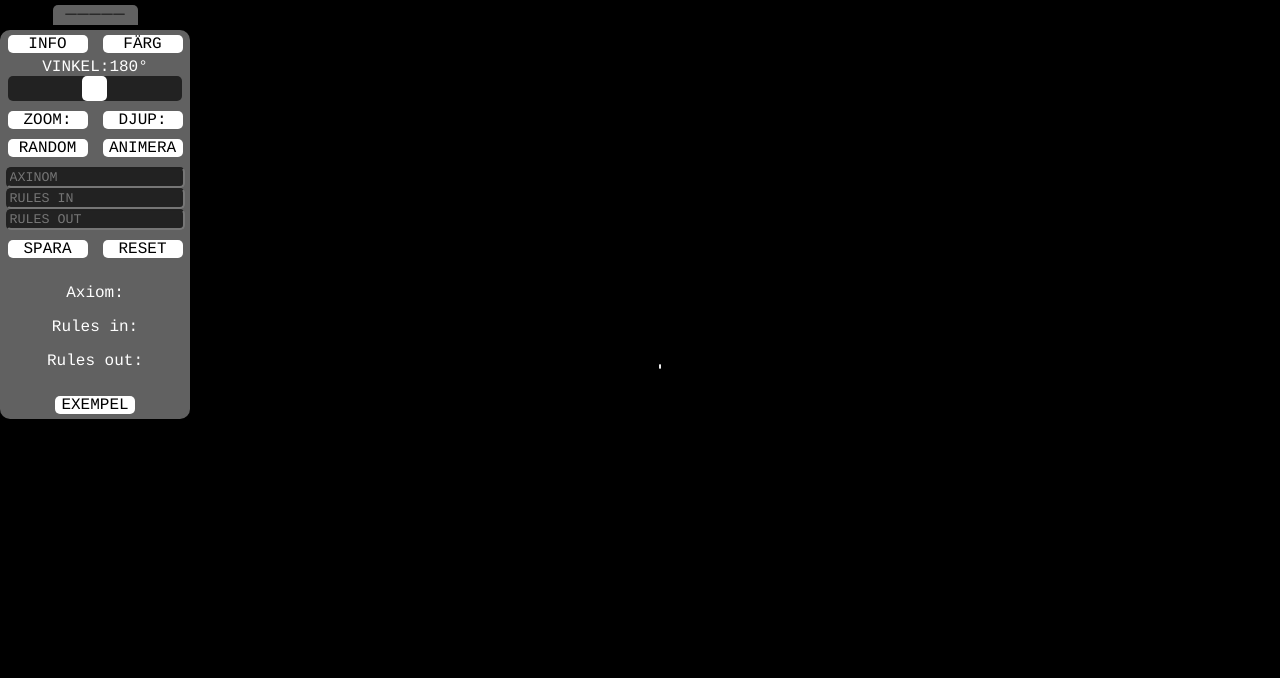
Repository: Gabrielw123/Fraktalgenerator
Page: fraktaler/test/index.html
The author's editor kept a copy of each file at every save. The page is drawn from the files as they stood at one save, then again after a run of saves.
The browser window is 1280 px wide. The pictures show the whole page.
Some web libraries are served in a nearby version.

Above is the page before, as saved 2022-01-13 14:01:22.

### fraktaler/test/index.html
<!DOCTYPE html>
<html lang="en">
  <head>
    <meta charset="UTF-8" />
    <meta http-equiv="X-UA-Compatible" content="IE=edge" />
    <meta name="viewport" content="width=device-width, initial-scale=1.0" />
    <link rel="stylesheet" href="style.css" />
    <title>Fraktal Generator</title>
    <script src="https://cdn.jsdelivr.net/npm/p5@1.0.0/lib/p5.js"></script>
    <!--fading-->
    <script
      src="http://ajax.googleapis.com/ajax/libs/jquery/1.7.1/jquery.min.js"
      type="text/javascript"
    ></script>
  </head>
  <body>
    <!--Skapa en canvas-->
    <canvas id="canvas"></canvas>

    <div class="kontroller">
      <div
        style="background: black"
        onmousedown="return false"
        onselectstart="return false"
        class="grid-container1"
      >
        <div class="grid-item">
          <a class="knappgöm" id="gömknapp" onClick="action();">⏤⏤⏤⏤⏤</a>
        </div>
      </div>

      <div
        style="border-top-left-radius: 10px; border-top-right-radius: 10px"
        onmousedown="return false"
        onselectstart="return false"
        class="grid-container"
        id="göm1"
      >
        <div class="grid-item">
          <a class="knapp" id="infoknapp">INFO</a>
        </div>
        <div class="grid-item">
          <a class="knapp" id="colorknapp" onclick="color();">FÄRG</a>
        </div>
      </div>
      <!--slider vinkel-->
      <div class="slider-container" id="göm2">
        <a onmousedown="return false" onselectstart="return false"
          >VINKEL:<span id="vinkel-out"></span>&deg;</a
        >
        <input type="range" min="0" max="360" class="slider" id="vinkel" />
      </div>

      <div
        onmousedown="return false"
        onselectstart="return false"
        class="grid-container"
        id="göm3"
      >
        <div class="grid-item">
          <a class="knapp" id="längdknapp">ZOOM:<span id="segment_n"></span></a>
        </div>
        <div class="grid-item">
          <a class="knapp" id="djupknapp"
            >DJUP:<span id="generation-out"></span
          ></a>
        </div>

        <div class="grid-item">
          <a class="knapp" id="randomknapp" onclick="random();">RANDOM</a>
        </div>
        <div class="grid-item">
          <a class="knapp" id="animeraknapp" onclick="animera();">ANIMERA</a>
        </div>
      </div>

      <div class="grid-container1" id="göm4">
        <div class="grid-item">
          <input
            style="font-family: courier"
            class="input"
            type="text"
            placeholder="AXINOM"
            id="axiom"
          />
          <input
            style="font-family: courier"
            class="input"
            type="text"
            placeholder="RULES IN"
            id="rules1"
          />
          <input
            style="font-family: courier"
            class="input"
            type="text"
            placeholder="RULES OUT"
            id="rules2"
          />
        </div>
      </div>
      <div
        onmousedown="return false"
        onselectstart="return false"
        class="grid-container"
        id="göm5"
      >
        <div class="grid-item">
          <a class="knapp" id="btn">SPARA</a>
        </div>
        <div class="grid-item">
          <a class="knapp" id="resetknapp" onclick="reset();">RESET</a>
        </div>
      </div>
      <div
        style="
          border-bottom-left-radius: 10px;
          border-bottom-right-radius: 10px;
        "
        class="grid-container1"
        id="göm6"
      >
        <div class="grid-item">
          <p>Axiom:<span id="axiom-out"></span></p>
          <p>Rules in:<span id="rules1-out"></span></p>
          <p>Rules out:<span id="rules2-out"></span></p>
          <p></p>
        </div>
        <div class="grid-item">
          <a
            onmousedown="return false"
            onselectstart="return false"
            class="knapp"
            id="exempelknapp"
            onclick="example();"
            >EXEMPEL</a
          >
        </div>
      </div>

      <!--EXEMPEL-->

      <div
        style="border-radius: 10px"
        onmousedown="return false"
        onselectstart="return false"
        class="grid-container"
        id="göm7"
      >
        <div class="grid-item">
          <a class="knappex" id="Board">Board</a>
        </div>
        <div class="grid-item">
          <a class="knappex" id="Crystal">Crystal</a>
        </div>
        <div class="grid-item">
          <a class="knappex" id="Dragon Curve">Dragon Curve</a>
        </div>
        <div class="grid-item">
          <a class="knappex" id="Hexagonal Gosper">Hexagonal Gosper</a>
        </div>
        <div class="grid-item">
          <a class="knappex" id="Kochcurve">Koch curve</a>
        </div>
        <div class="grid-item">
          <a class="knappex" id="Krishna Anklets">Krishna Anklets</a>
        </div>
        <div class="grid-item">
          <a class="knappex" id="Lévy curve">Lévy curve</a>
        </div>
        <div class="grid-item">
          <a class="knappex" id="L-System Bushes 1">L-System Bushes 1</a>
        </div>
        <div class="grid-item">
          <a class="knappex" id="L-System Bushes 2">L-System Bushes 2</a>
        </div>
        <div class="grid-item">
          <a class="knappex" id="Peano Curve">Peano Curve</a>
        </div>
        <div class="grid-item">
          <a class="knappex" id="Quadratic Snowflake">Quadratic Snowflake </a>
        </div>
        <div class="grid-item">
          <a class="knappex" id="Rings">Rings</a>
        </div>
        <div class="grid-item">
          <a class="knappex" id="Sierpinski Arrowhead">Sierpinski Arrowhead</a>
        </div>
        <div class="grid-item">
          <a class="knappex" id="Sierpinskisquare">Sierpinski Square</a>
        </div>
        <div class="grid-item">
          <a class="knappex" id="Snowflake">Snowflake</a>
        </div>
        <div class="grid-item">
          <a class="knappex" id="Tiles">Tiles</a>
        </div>
        <div class="grid-item">
          <a class="knappex" id="Triangle">Triangle</a>
        </div>
        <div class="grid-item">
          <a class="knappex" id="Von Koch Snowflake">Von Koch Snowflake</a>
        </div>
      </div>
    </div>
    <!--Script-->
    <script src="bruh.js">
      example();
            fraktal.update();
    </script>
  </body>
</html>

### fraktaler/test/style.css
body {
  font-family: "courier", monospace;
  background-color: black;
  color: white;
  text-align: center;
}

.input {
  width: 90%;
  border-radius: 5px;
  color: black;
  background: #222222;
}
.input:hover {
  background: black;
  color: white;
}

.kontroller {
  width: 190px;
  height: 180px;
  margin: auto;
  position: fixed;
  top: 0%;
  left: 0%;
  right: 100%;
}
.grid-container {
  background: rgba(97, 97, 97, 1);
  display: grid;
  grid-template-columns: auto auto;
}

.grid-container1 {
  background: rgba(97, 97, 97, 1);
  display: grid;
  grid-template-columns: auto;
}
.grid-item {
  text-align: center;
  margin: auto;
  padding-top: 5px;
  padding-bottom: 5px;
}
.grid-item1 {
  text-align: center;
  margin: auto;
  padding-top: 5px;
  padding-bottom: 5px;
  width: 300px;
}
#axiom-out {
  text-align: left;
}
.slider-container {
  background: rgba(97, 97, 97, 1);
  display: grid;
  grid-template-columns: auto;
  width: 100%;
  margin: auto;
  padding-bottom: 5px;
}
.slider {
  -webkit-appearance: none;
  width: 92%;
  height: 25px;
  background: #222222;
  outline: none;
  margin: auto;
  -webkit-transition: 0.2s;
  transition: opacity 0.2s;
  border-radius: 5px;
}

.slider:hover {
  background: black;
  color: white;
}

.slider::-webkit-slider-thumb {
  -webkit-appearance: none;
  appearance: none;
  width: 25px;
  height: 25px;
  background: #ffffff;
  cursor: pointer;
  border-radius: 5px;
}

.slider::-moz-range-thumb {
  width: 25px;
  height: 25px;
  background: #04aa6d;
  cursor: pointer;
}

a.knapp {
  display: block;
  background: white;
  color: black;
  width: 80px;
  cursor: pointer;
  border-radius: 5px;
}
a.knapp:hover {
  background: black;
  border-radius: 5px;
  color: white;
}

#canvas {
  position: fixed;
  top: 0px;
  left: 0px;
  z-index: -1;
}

a.knappon {
  display: block;
  width: 80px;
  background: black;
  color: white;
  cursor: pointer;
  border-radius: 5px;
}
a.knappex {
  background: white;
  color: black;
  text-align: center;
  cursor: pointer;
  font-size: 13px;
  width: 85px;
  height: 35px;
  display: table-cell;
  vertical-align: middle;
  border-radius: 5px;
}
a.knappex:hover {
  background: black;
  border-radius: 5px;
  color: white;
}
.span {
  width: 500px;
}
.knappgöm {
  display: block;
  background: rgba(97, 97, 97, 1);
  color: black;
  width: 85px;
  height: 20px;
  cursor: pointer;
  font-size: 15px;
  border-top-left-radius: 5px;
  border-top-right-radius: 5px;
}
a.knappgöm:hover {
  background: white;

  color: black;
  border-top-left-radius: 5px;
  border-top-right-radius: 5px;
}

Loaded but not shown: fraktaler/test/bruh.js (751 lines, source omitted)

After the next 2 saves:
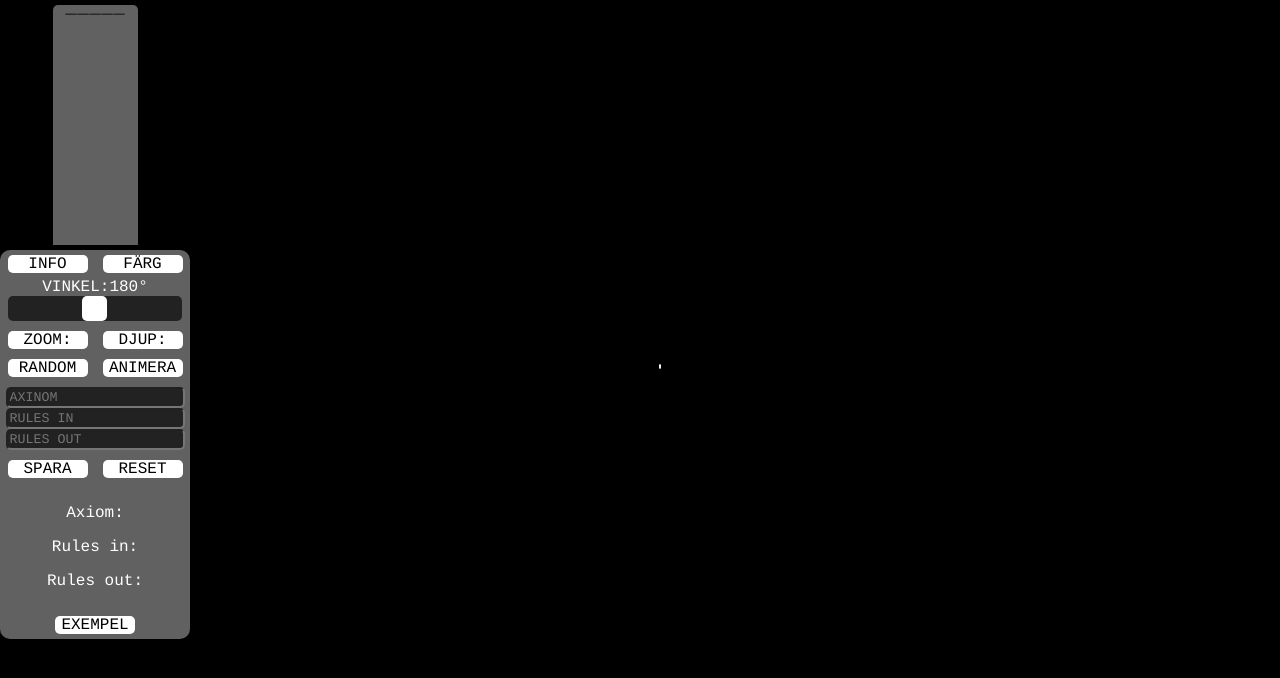
The 2 saves are shown as one change because they came seconds apart.
The last was saved 15 s later.
--- a/fraktaler/test/style.css
+++ b/fraktaler/test/style.css
@@ -148,7 +148,7 @@
   background: rgba(97, 97, 97, 1);
   color: black;
   width: 85px;
-  height: 20px;
+  height: 240px;
   cursor: pointer;
   font-size: 15px;
   border-top-left-radius: 5px;

After the save that followed:
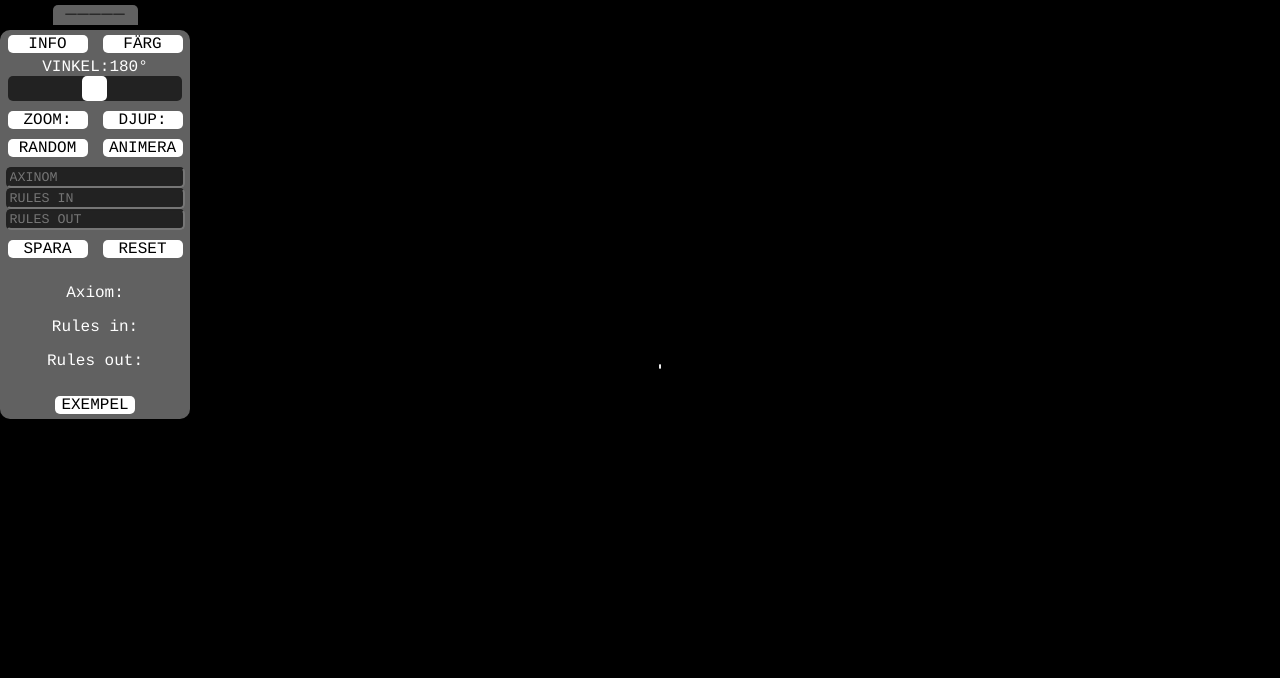
Saved 5 s later.
--- a/fraktaler/test/style.css
+++ b/fraktaler/test/style.css
@@ -148,7 +148,7 @@
   background: rgba(97, 97, 97, 1);
   color: black;
   width: 85px;
-  height: 240px;
+  height: 20px;
   cursor: pointer;
   font-size: 15px;
   border-top-left-radius: 5px;
